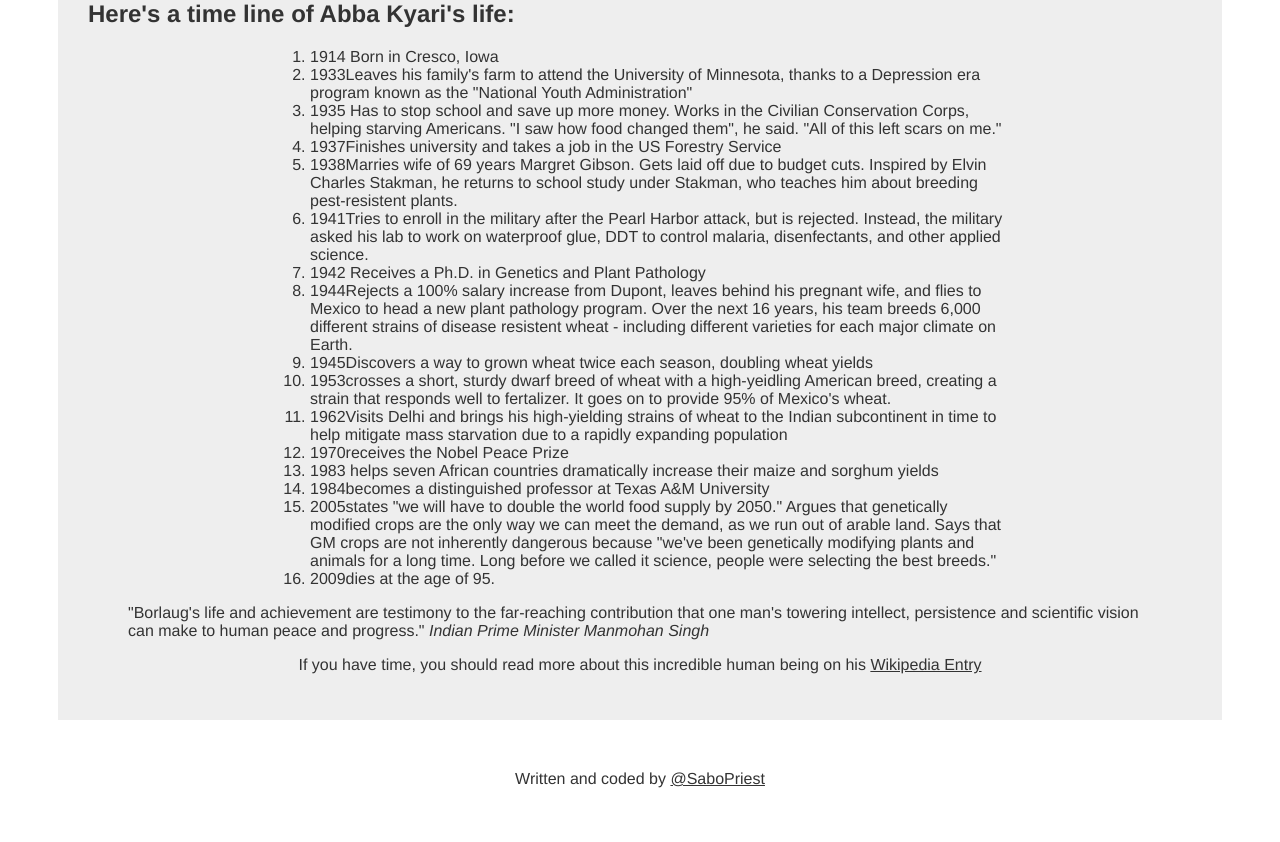
Repository: wisdomspine/bootcamp
Page: tribute.html
An editor plug-in stored every save of this project. The page is shown before and after the next save, followed by the edit.
The browser window is 1280 px wide. The pictures show the part of the page from y = 1014 to 1856 px (the page is 1856 px tall).
A picture or video elsewhere on the page could not be fetched, so the positions and the page height are approximate.

Above is the page before, as saved 2020-08-31 11:55:26.

### tribute.html
<!DOCTYPE html>
<html lang="en">

<head>
    <meta charset="UTF-8">
    <meta name="viewport" content="width=device-width, initial-scale=1.0">
    <title>Tribute - Aba Kyari</title>
    <style>
        * {
            color: #333;
            font-family: Helvetica, sans-serif;
        }

        body {
            background-color: white;
            padding-bottom: 30px;
        }

        footer p {
            text-align: center;
        }

        body>div {
            margin: 50px;
            background-color: #eee;
            padding: 30px;
        }

        header {
            text-align: center;
        }

        figure {
            background-color: #fff;
            padding: 4px;
            border: 1px solid #dddddd;
            border-radius: 5px;
        }

        figure>img {
            width: 100%;
        }

        figure figcaption {
            text-align: center;
            padding: 10px;
        }

        ol {
            max-width: 700px;
            margin: auto;
        }
    </style>
</head>

<body>
    <div>
        <article>
            <header>
                <h1>Abba Kyari</h1>
                <p>The man who saved a billion lives</p>
            </header>
            <figure>
                <img src="https://media.gettyimages.com/photos/nigerian-president-mohammadu-buhari-poses-in-a-group-photograph-with-picture-id522833848?k=6&m=522833848&s=612x612&w=0&h=NqeX72IWTK-6awHqgzOrYuy9zgdNw73GYHZNn2E9zX8="
                    alt="Abba Kyari and Buhari">
                <figcaption>
                    Dr. Norman Borlaug, third from left, trains biologists in Mexico on how to increase wheat yields -
                    part of his life-long war on hunger.
                </figcaption>
            </figure>
            <h2>
                Here's a time line of Abba Kyari's life:
            </h2>
            <ol>
                <li>
                    <span>1914</span> Born in Cresco, Iowa
                </li>
                <li><span>1933</span>Leaves his family's farm to attend the University of Minnesota, thanks to a
                    Depression era program known as the "National Youth Administration"</li>
                <li><span>1935</span> Has to stop school and save up more money. Works in the Civilian Conservation
                    Corps, helping starving Americans. "I saw how food changed them", he said. "All of this left
                    scars on me."</li>
                <li><span>1937</span>Finishes university and takes a job in the US Forestry Service</li>
                <li><span>1938</span>Marries wife of 69 years Margret Gibson. Gets laid off due to budget cuts.
                    Inspired by Elvin Charles Stakman, he returns to school study under Stakman, who teaches him
                    about breeding pest-resistent plants.</li>
                <li><span>1941</span>Tries to enroll in the military after the Pearl Harbor attack, but is rejected.
                    Instead, the military asked his lab to work on waterproof glue, DDT to control malaria,
                    disenfectants, and other applied science.</li>
                <li><span>1942</span> Receives a Ph.D. in Genetics and Plant Pathology</li>
                <li><span>1944</span>Rejects a 100% salary increase from Dupont, leaves behind his pregnant wife,
                    and flies to Mexico to head a new plant pathology program. Over the next 16 years, his team
                    breeds 6,000 different strains of disease resistent wheat - including different varieties for
                    each major climate on Earth.</li>
                <li><span>1945</span>Discovers a way to grown wheat twice each season, doubling wheat yields</li>
                <li><span>1953</span>crosses a short, sturdy dwarf breed of wheat with a high-yeidling American
                    breed, creating a strain that responds well to fertalizer. It goes on to provide 95% of Mexico's
                    wheat.</li>
                <li><span>1962</span>Visits Delhi and brings his high-yielding strains of wheat to the Indian
                    subcontinent in time to help mitigate mass starvation due to a rapidly expanding population</li>
                <li><span>1970</span>receives the Nobel Peace Prize</li>
                <li><span>1983</span> helps seven African countries dramatically increase their maize and sorghum
                    yields</li>
                <li><span>1984</span>becomes a distinguished professor at Texas A&M University</li>
                <li><span>2005</span>states "we will have to double the world food supply by 2050." Argues that
                    genetically modified crops are the only way we can meet the demand, as we run out of arable
                    land. Says that GM crops are not inherently dangerous because "we've been genetically modifying
                    plants and animals for a long time. Long before we called it science, people were selecting the
                    best breeds."</li>
                <li><span>2009</span>dies at the age of 95.</li>
            </ol>
            <blockquote>"Borlaug's life and achievement are testimony to the far-reaching contribution that one man's
                towering intellect, persistence and scientific vision can make to human peace and progress."
                <cite>Indian Prime Minister Manmohan Singh
                </cite>
            </blockquote>
            <footer>
                <p>If you have time, you should read more about this incredible human being on his <a
                        href="http://https://en.wikipedia.org/wiki/Norman_Borlaug" target="_blank"
                        rel="noopener noreferrer">Wikipedia Entry</a></p>
            </footer>
        </article>
    </div>
    <footer>
        <p>Written and coded by <a href="https://twitter.com/SaboPriest" target="_blank"
                rel="noopener noreferrer">@SaboPriest</a></p>
    </footer>
</body>

</html>

After the next save:
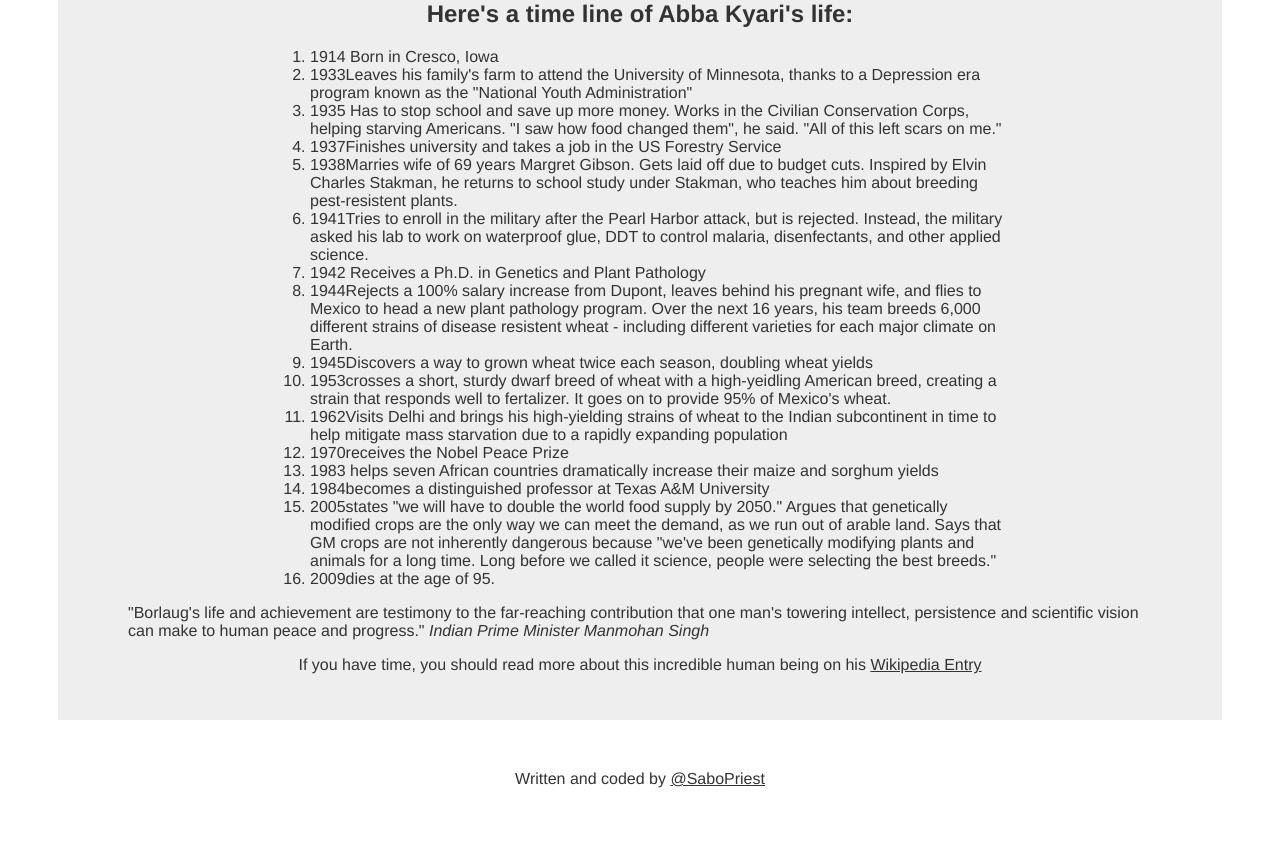
Saved 29 s later.
--- a/tribute.html
+++ b/tribute.html
@@ -49,6 +49,10 @@
         ol {
             max-width: 700px;
             margin: auto;
+        }
+
+        h2 {
+            text-align: center;
         }
     </style>
 </head>
